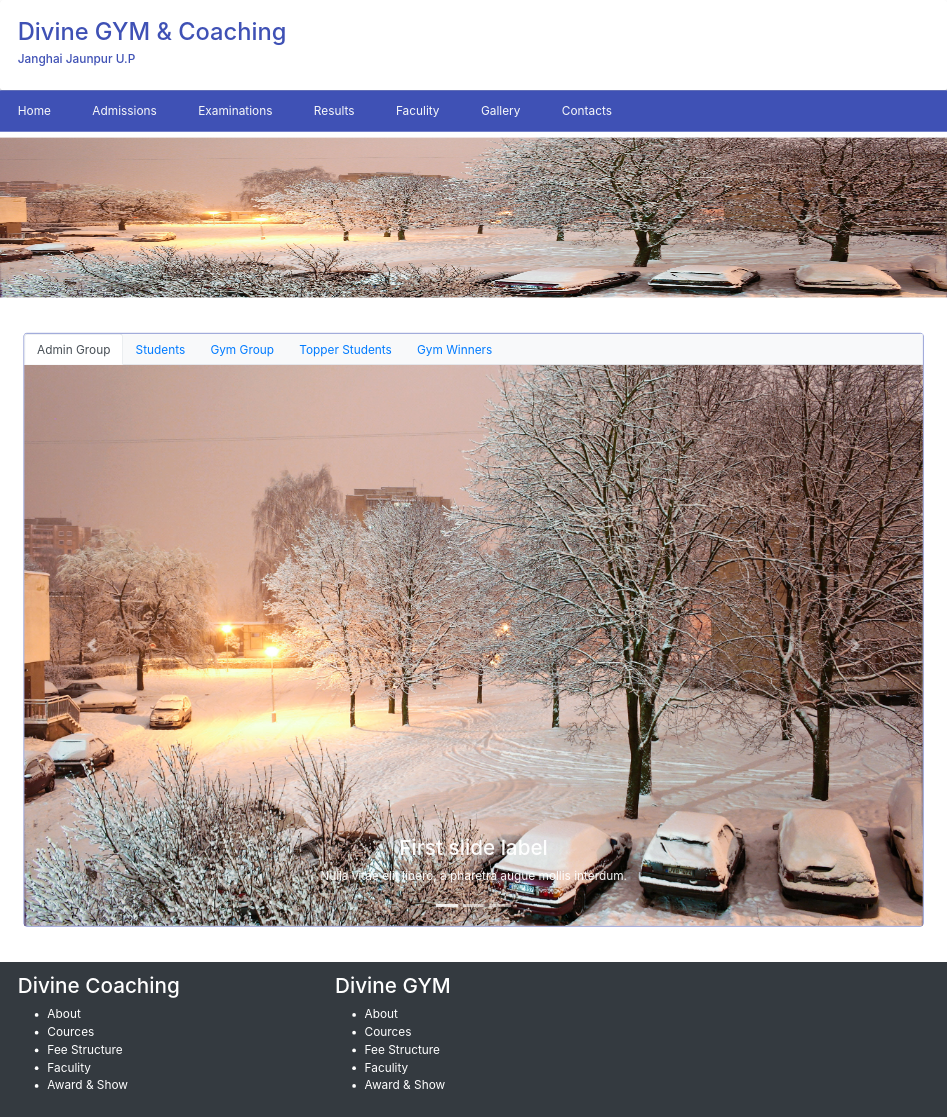
Repository: lalji-yadav/vikash-Coaching-frontend
Page: /gallery
The author's editor kept a copy of each file at every save. The page is drawn from the files as they stood at one save, then again after the next save.
The browser window is 1280 px wide. The pictures show the whole page, at 74% of full size.
The project was rebuilt for these pictures with package versions that can differ from the ones it lists, and the page was loaded fresh each time. Also part of the build but not shown: src/index.css, src/home/home.js, src/component/admission/admission.js, src/component/examination/examination.js, src/component/results/result.js, src/component/faculity/faculity.js.

Above is the page before, as saved 2021-04-11 17:34:09.

### public/index.html
<!DOCTYPE html>
<html lang="en">
  <head>
    <meta charset="utf-8" />
    <link rel="icon" href="%PUBLIC_URL%/favicon.ico" />
    <meta name="viewport" content="width=device-width, initial-scale=1" />
    <meta name="theme-color" content="#000000" />
    <meta
      name="description"
      content="Web site created using create-react-app"
    />


    <link rel="preconnect" href="https://fonts.gstatic.com">
    <link href="https://fonts.googleapis.com/css2?family=Open+Sans:wght@400;700&display=swap" rel="stylesheet">

    <link rel="apple-touch-icon" href="%PUBLIC_URL%/logo192.png" />
    <!--
      manifest.json provides metadata used when your web app is installed on a
      user's mobile device or desktop. See https://developers.google.com/web/fundamentals/web-app-manifest/
    -->
    <link rel="manifest" href="%PUBLIC_URL%/manifest.json" />


    <link rel="preconnect" href="https://fonts.gstatic.com">
<link href="https://fonts.googleapis.com/css2?family=Open+Sans&display=swap" rel="stylesheet">
    <!--
      Notice the use of %PUBLIC_URL% in the tags above.
      It will be replaced with the URL of the `public` folder during the build.
      Only files inside the `public` folder can be referenced from the HTML.

      Unlike "/favicon.ico" or "favicon.ico", "%PUBLIC_URL%/favicon.ico" will
      work correctly both with client-side routing and a non-root public URL.
      Learn how to configure a non-root public URL by running `npm run build`.
    -->
    <title>React App</title>
  </head>
  <body>
    <noscript>You need to enable JavaScript to run this app.</noscript>
    <div id="root"></div>
    <!--
      This HTML file is a template.
      If you open it directly in the browser, you will see an empty page.

      You can add webfonts, meta tags, or analytics to this file.
      The build step will place the bundled scripts into the <body> tag.

      To begin the development, run `npm start` or `yarn start`.
      To create a production bundle, use `npm run build` or `yarn build`.
    -->
  </body>
</html>

### src/App.js
import React from 'react';
import Header from "../src/header/header"
import { BrowserRouter } from 'react-router-dom';
import Footer from '../src/footer/footer'


function App() {
  return (
    <div style={{overflowX:"hidden"}}>

      <BrowserRouter>
          <Header />
      </BrowserRouter>


      {/* <Routers /> */}


      <Footer />

    </div>
  );
}

export default App;

### src/header/header.js
import React, { Component } from 'react';
import {Navbar, Nav } from 'react-bootstrap';
import { Card } from '@material-ui/core';
import { Link } from "react-router-dom";
import Routers from "../router/router"

class header extends Component {
    render() {
        return (
            <div>
                <Card className="py-4 pl-4">
                    <h2 style={{color:"#3f51b5"}}>Divine GYM & Coaching </h2>
                    <h6 style={{color:"#3f51b5"}}>Janghai Jaunpur U.P</h6>
                </Card>

                <Navbar style={{backgroundColor:"#3f51b5"}} variant="light" expand="lg">
                    <Navbar.Toggle aria-controls="basic-navbar-nav" />
                    <Navbar.Collapse id="basic-navbar-nav">
                    <Nav className="text-light">
                        <Nav.Link className="text-light pr-5" as={Link} to="/home">Home</Nav.Link>
                        <Nav.Link className="text-light pr-5" as={Link} to="/admission">Admissions</Nav.Link>
                        <Nav.Link className="text-light pr-5" as={Link} to="/examination">Examinations</Nav.Link>
                        <Nav.Link className="text-light pr-5" as={Link} to="/results">Results</Nav.Link>
                        <Nav.Link className="text-light pr-5" as={Link} to="/faculity">Faculity</Nav.Link>
                        <Nav.Link className="text-light pr-5" as={Link} to="/gallery">Gallery</Nav.Link>
                        <Nav.Link className="text-light pr-5" as={Link} to="/service">Contacts</Nav.Link>

                    </Nav>
                    </Navbar.Collapse>
                </Navbar>

                <Routers> </Routers>

            </div>
        );
    }
}

export default header;

### src/footer/footer.js
import React, { Component } from 'react';
// import { Card } from 'react-bootstrap';

class footer extends Component {
    render() {
        return (
              <div className="row bg-dark text-white mt-5 py-3 pl-4">

                  <div className="col-sm-4">
                  <h3> Divine Coaching </h3>
                  <ul>
                         <li> About </li>
                         <li> Cources </li>
                         <li> Fee Structure </li>
                         <li> Faculity </li>
                         <li> Award & Show </li>
                     </ul>
                  </div>

                  <div className="col-sm-4">
                  <h3> Divine GYM </h3>
                  <ul>
                         <li> About </li>
                         <li> Cources </li>
                         <li> Fee Structure </li>
                         <li> Faculity </li>
                         <li> Award & Show </li>
                     </ul>
                  </div>
              </div>
        );
    }
}

export default footer;

### src/router/router.js
import React, { Component } from 'react';
import {
    Switch,
    Route
  } from "react-router-dom";
  import Home from '../home/home'
  import Admission from "../component/admission/admission"
  import Examination from "../component/examination/examination"
  import Result from "../component/results/result"
  import Faculity from "../component/faculity/faculity"
import Gallery from '../component/gallery/gallery';

class router extends Component {
    render() {
        return (
            <div>
                   <Switch>
                    <Route exact path="/" component={Home} />
                    <Route exact path="/home" component={Home} />
                    <Route exact path="/admission" component={Admission} />
                    <Route exact path="/examination" component={Examination} />
                    <Route exact path="/results" component={Result} />
                    <Route exact path="/faculity" component={Faculity} />
                    <Route exact path="/gallery" component={Gallery} />
                    </Switch>

            </div>
        );
    }
}

export default router;

### src/component/gallery/gallery.js
import React, { Component } from "react";
import { Tab, Tabs, Carousel } from "react-bootstrap";

class gallery extends Component {

  render() {
    return (
      <div>
        <div className="col-sm-12 mt-2 p-0">
          <img
            style={{ width: "100%", height: "30vh" }}
            src={
              process.env.PUBLIC_URL + "/image/gallery/Admin/0 (22) - Copy.jpg"
            }
            alt=""
          />
        </div>

        <div
          className="mt-5 rounded"
          style={{
            width: "95%",
            marginLeft: "2.5%",
            border: "1px solid rgb(63, 81, 181)",
          }}
        >
          <Tabs
            defaultActiveKey="adminGroup"
            id="uncontrolled-tab-example"
            className="bg-light"
          >

            {/* admin carosal */}

            <Tab eventKey="adminGroup" title="Admin Group">
              <Carousel fade>
                <Carousel.Item>
                  <img
                    className="d-block w-100"
                    src={
                        process.env.PUBLIC_URL + "/image/gallery/Admin/0 (22) - Copy.jpg"
                      }
                    alt="First slide"
                  />
                  <Carousel.Caption>
                    <h3>First slide label</h3>
                    <p>
                      Nulla vitae elit libero, a pharetra augue mollis interdum.
                    </p>
                  </Carousel.Caption>
                </Carousel.Item>
                <Carousel.Item>
                  <img
                    className="d-block w-100"
                    src={
                        process.env.PUBLIC_URL + "/image/gallery/Admin/0 (22) - Copy.jpg"
                      }
                    alt="Second slide"
                  />

                  <Carousel.Caption>
                    <h3>Second slide label</h3>
                    <p>
                      Lorem ipsum dolor sit amet, consectetur adipiscing elit.
                    </p>
                  </Carousel.Caption>
                </Carousel.Item>
                <Carousel.Item>
                  <img
                    className="d-block w-100"
                    src={
                        process.env.PUBLIC_URL + "/image/gallery/Admin/0 (22) - Copy.jpg"
                      }
                    alt="Third slide"
                  />

                  <Carousel.Caption>
                    <h3>Third slide label</h3>
                    <p>
                      Praesent commodo cursus magna, vel scelerisque nisl
                      consectetur.
                    </p>
                  </Carousel.Caption>
                </Carousel.Item>
              </Carousel>
            </Tab>

            {/* admin carosal */}

            <Tab eventKey="students" title="Students">
              <h3>profile </h3>
            </Tab>

            {/* admin carosal */}

            <Tab eventKey="gymGroup" title="Gym Group">
              <h3>vghtrh </h3>
            </Tab>

            {/* admin carosal */}

            <Tab eventKey="topperStudents" title="Topper Students">
              <h3>vghtrh </h3>
            </Tab>

             {/* admin carosal */}

            <Tab eventKey="gymWinners" title="Gym Winners">
              <h3>vghtrh </h3>
            </Tab>

          </Tabs>
        </div>
      </div>
    );
  }
}

export default gallery;

Loaded but not shown: src/index.js (common file); src/serviceWorker.js (common file)

After the next save:
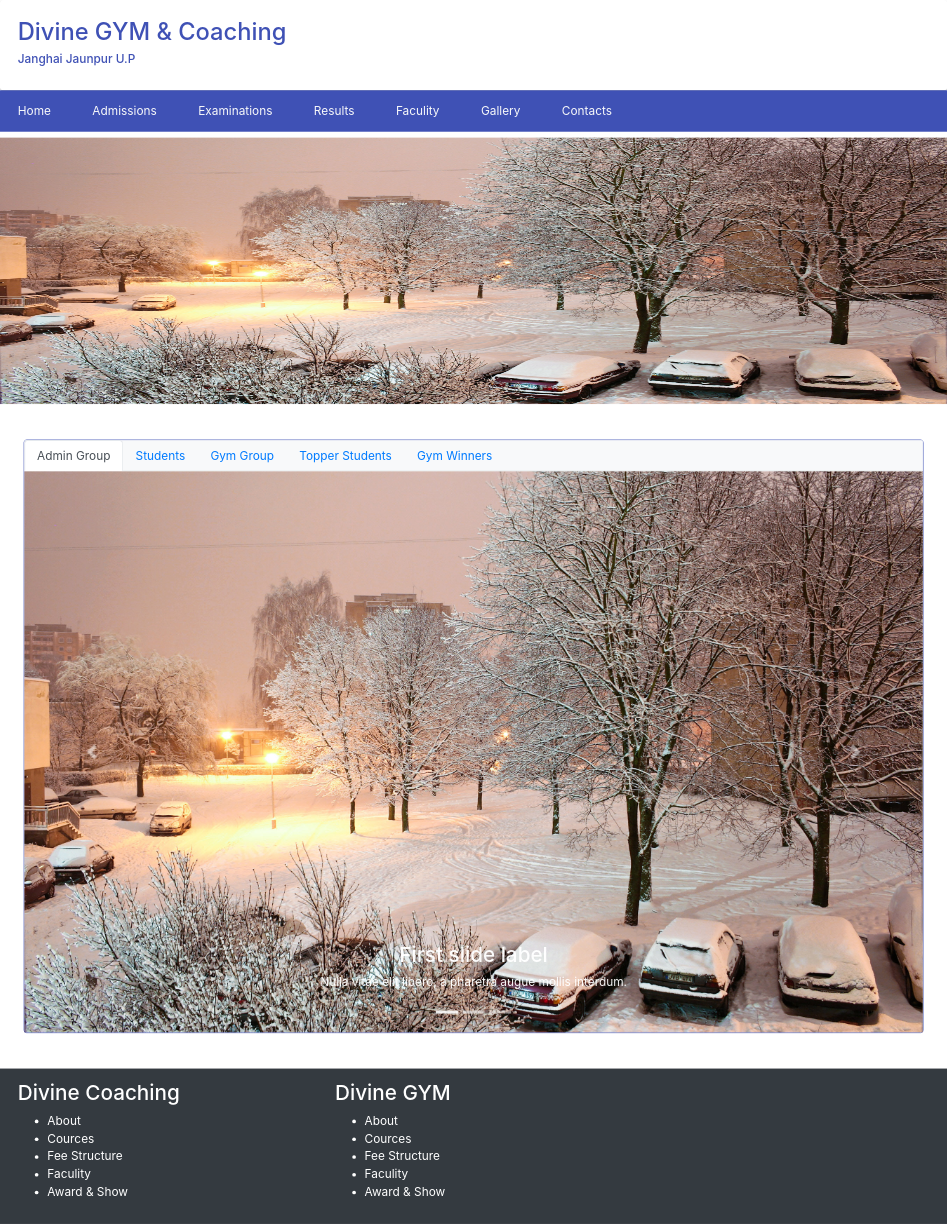
Saved 11 s later.
--- a/src/component/gallery/gallery.js
+++ b/src/component/gallery/gallery.js
@@ -8,7 +8,7 @@ class gallery extends Component {
       <div>
         <div className="col-sm-12 mt-2 p-0">
           <img
-            style={{ width: "100%", height: "30vh" }}
+            style={{ width: "100%", height: "50vh" }}
             src={
               process.env.PUBLIC_URL + "/image/gallery/Admin/0 (22) - Copy.jpg"
             }
